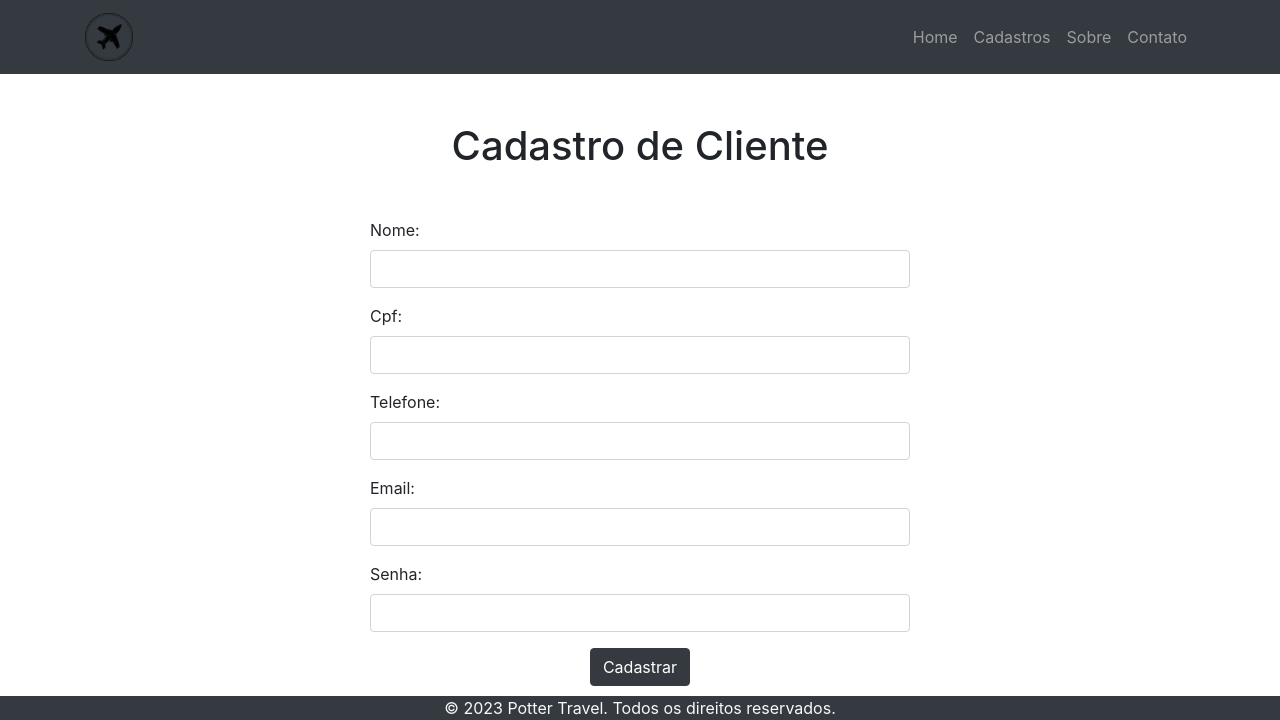
Repository: marcelledssantos/PotterTravel-MVC
Page: http://localhost/PotterTravel-MVC/cadastro.jsp
The author's editor kept a copy of each file at every save. The page is drawn from the files as they stood at one save, then again after the next save.
The browser window is 1280 px wide. The pictures show the whole page.
Some web libraries are served in a nearby version. The page is served by Tomcat 9. Other server files are loaded and not shown.

Above is the page before, as saved 2023-11-02 23:49:44.

### PotterTravel-MVC/src/main/webapp/cadastro.jsp
<%@ page language="java" contentType="text/html; charset=UTF-8"
	pageEncoding="UTF-8"%>
<!DOCTYPE html>
<html>
<head>
<meta charset="UTF-8">

<link rel="stylesheet" href="https://maxcdn.bootstrapcdn.com/bootstrap/4.5.2/css/bootstrap.min.css">
<title>Create</title>
</head>
<body>
    <!-- Cabeçalho -->
    <header>
       <nav class="navbar navbar-expand-lg navbar-dark  bg-dark text-light">
            <div class="container">
                <a class="navbar-brand" href="#"><img src="./Icon/aviao.png"height="48px"></a>
                <button class="navbar-toggler" type="button" data-toggle="collapse" data-target="#navbarNav" aria-controls="navbarNav" aria-expanded="false" aria-label="Toggle navigation">
                    <span class="navbar-toggler-icon"></span>
                </button>
                <div class="collapse navbar-collapse" id="navbarNav">
                    <ul class="navbar-nav ml-auto">
                        <li class="nav-item">
                            <a class="nav-link" href="index.html">Home</a>
                        </li>
                        <li class="nav-item">
                            <a class="nav-link" href="./ReadController">Cadastros</a>
                        </li>
                        <li class="nav-item">
                            <a class="nav-link" href="#">Sobre</a>
                        </li>
                        <li class="nav-item">
                            <a class="nav-link" href="#">Contato</a>
                        </li>
                    </ul>
                </div>
            </div>
        </nav>
    </header>
	<div class="container">
		<div class="row justify-content-center">
			<div class="col-md-6">
				<h1 class="mt-5 text-center" >Cadastro de Cliente</h1>
				<form class="mt-5" action="CreateController" method="post">
					<div class="form-group">
						<label for="nome">Nome:</label> <input type="text"
							class="form-control" id="nome" name="nome" required>
					</div>
					<div class="form-group">
						<label for="nome">Cpf:</label> <input type="text"
							class="form-control" id="cpf" name="cpf" required>
					</div>
					<div class="form-group">
						<label for="nome">Telefone:</label> <input type="text"
							class="form-control" id="telefone" name="telefone" required>
					</div>

					<div class="form-group">
						<label for="login">Email:</label> <input type="email"
							class="form-control" id="email" name="email" required>
					</div>
					<div class="form-group">
						<label for="senha">Senha:</label> <input type="password"
							class="form-control" id="senha" name="senha" required>
					</div>
					<div class="col-12 text-center">
					<button type="submit" class="btn btn-dark mx auto">Cadastrar</button>
					</div>
				</form>
			</div>
		</div>
	</div>

	 <footer class="bg-dark text-light text-center mt -5 fixed-bottom">
        &copy; 2023 Potter Travel. Todos os direitos reservados.
    </footer>
	 <!-- Rodapé -->


	<!-- Inclua os scripts do Bootstrap via CDN -->
	<script src="https://code.jquery.com/jquery-3.5.1.slim.min.js"></script>
	<script
		src="https://cdn.jsdelivr.net/npm/@popperjs/core@2.5.3/dist/umd/popper.min.js"></script>
	<script
		src="https://maxcdn.bootstrapcdn.com/bootstrap/4.5.2/js/bootstrap.min.js"></script>

</body>
</html>

After the next save:
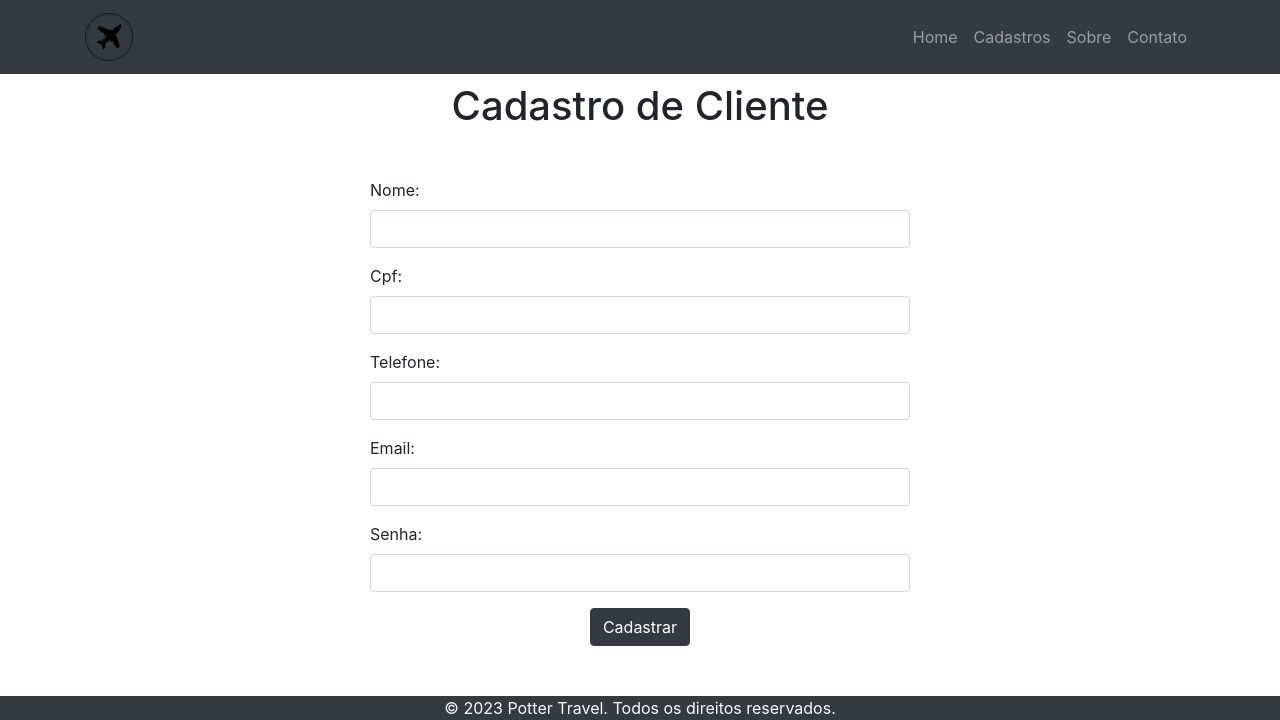
Saved 16 s later.
--- a/PotterTravel-MVC/src/main/webapp/cadastro.jsp
+++ b/PotterTravel-MVC/src/main/webapp/cadastro.jsp
@@ -39,7 +39,7 @@
 	<div class="container">
 		<div class="row justify-content-center">
 			<div class="col-md-6">
-				<h1 class="mt-5 text-center" >Cadastro de Cliente</h1>
+				<h1 class="mt-2 text-center" >Cadastro de Cliente</h1>
 				<form class="mt-5" action="CreateController" method="post">
 					<div class="form-group">
 						<label for="nome">Nome:</label> <input type="text"
